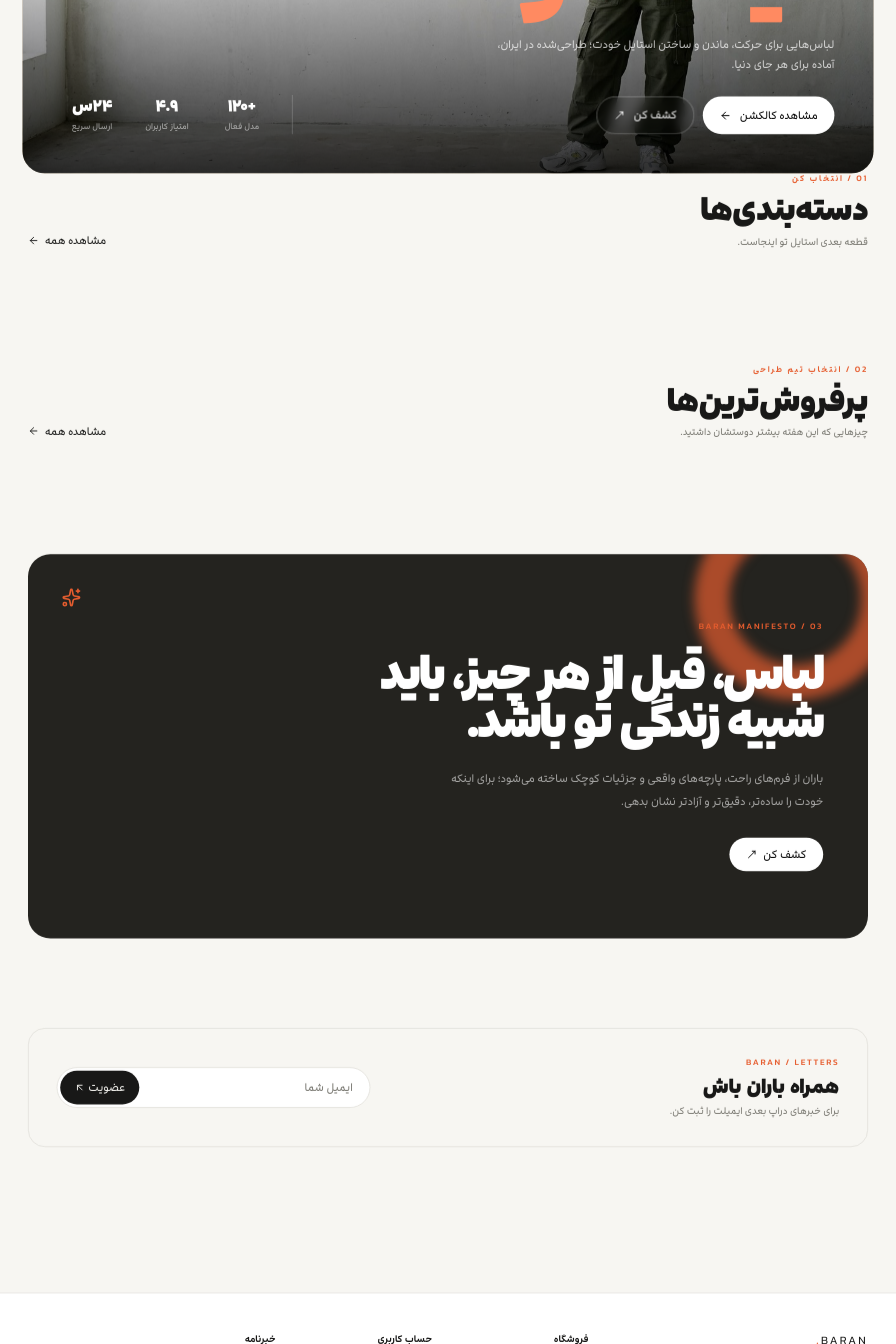
Repository: bardiya185/Clothing_store
Page: / (app in clothing-store/update/clothing-store/frontend/)
An editor plug-in stored every save of this project. The page is shown before and after the next save, followed by the edit.
The browser window is 1280 px wide. The pictures show the part of the page from y = 461 to 2381 px (the page is 2624 px tall before and 2744 px after), at 70% of full size.
The page's requests for data from a server got no answer. The project was rebuilt for these pictures with package versions that can differ from the ones it lists, and the page was loaded fresh each time. The framework's server and built-in components were replaced by stand-ins that run in the browser. No one was signed in, and anything a server would have sent is missing. Also part of the build but not shown: clothing-store/update/clothing-store/frontend/next.config.ts, clothing-store/update/clothing-store/frontend/components/catalog/ProductCard.tsx.

Above is the page before, as saved 2026-10-02 16:29:20.

After the next save:
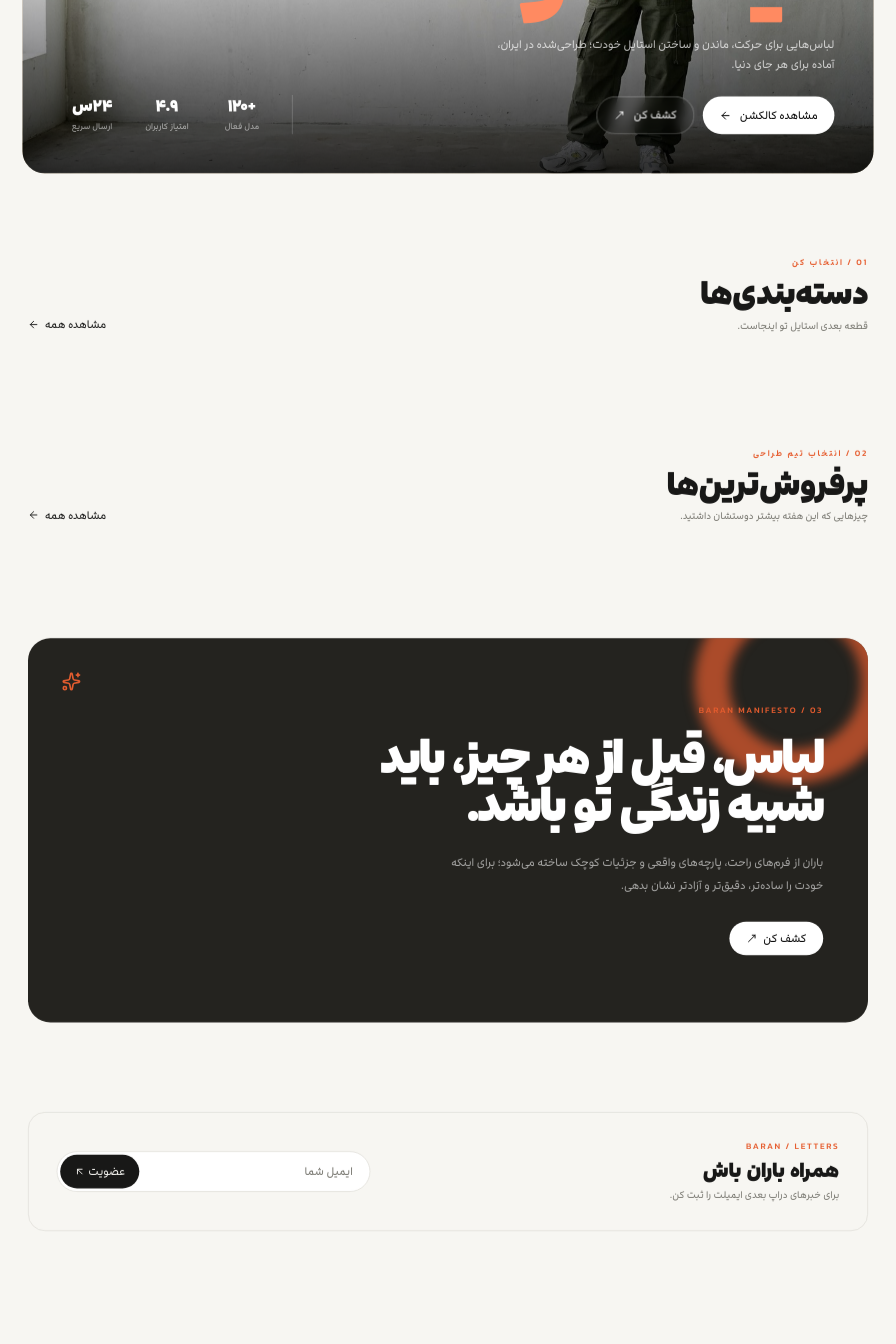
Saved 4 s later.
--- a/clothing-store/update/clothing-store/frontend/app/page.tsx
+++ b/clothing-store/update/clothing-store/frontend/app/page.tsx
@@ -90,7 +90,7 @@ export default function HomePage() {
       <br />
       <br />
       <CampaignBlocks />
-      <section className="mx-auto max-w-[1440px] -mt-50 px-5 py-24 md:px-10 md:py-32">
+      <section className="mx-auto max-w-[1440px] -mt-20 px-5 py-24 md:px-10 md:py-32">
         <div className="mb-9 flex items-end justify-between gap-5">
           <div>
             <p className="mb-3 text-xs font-bold uppercase tracking-[.2em] text-accent">
